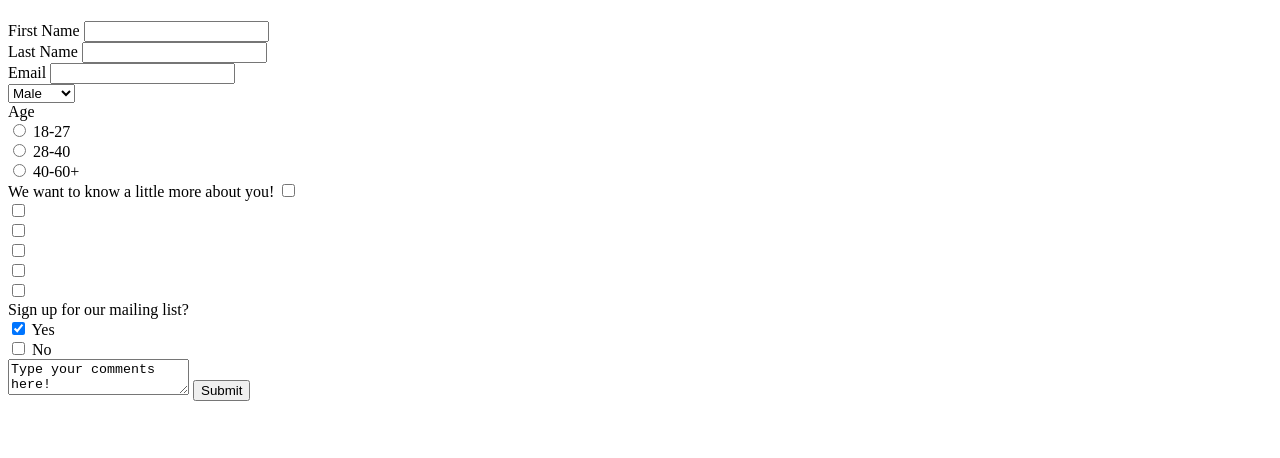
Repository: sunkim96/cosw30
Page: homework/homework2/contact.html
The author's editor kept a record of every edit. The page is drawn from the files as they stood at one moment, then again after the next edit.
The browser window is 1280 px wide. The pictures show the whole page.

Above is the page before.

### homework/homework2/contact.html
<!doctype html>
<html>
    <head>
        <meta charset="utf-8">
        <title>Political Campaign</title>
    </head>
    <body>
        <h1></h1>


        <form action="process_contact.php" method="POST">
            <!-- first and last name, email !-->
            <label for="first_name">First Name</label>
            <input type="text" id="first_name" name="first_name" required><br>

            <label for="last_name">Last Name</label>
            <input type="text" id="last_name" name="last_name" required><br>

            <label for="email">Email</label>
            <input type="email" id="email" name="email" required><br>


            <!-- gender as a dropdown !-->
            <select name="gender">
                <option value ="male">Male</option>
                <option value ="female">Female</option>
                <option value ="other"></option>Other</option>
                <option value ="none"></option>Prefer Not to Say</option>
            </select><br>

            <!-- age with radio !-->
            <label for="age">Age</label><br>
                <input type="radio" name="age" value="18-27"> 18-27<br>
                <input type="radio" name="age" value="28-40"> 28-40<br>
                <input type="radio" name="age" value="40-60"> 40-60+<br>

            <!-- interesting things, checkboxes for these options !-->
            <label for="interests">We want to know a little more about you!</label>
                <input type="checkbox" name="" value=""> <br>
                <input type="checkbox" name="" value=""> <br>
                <input type="checkbox" name="" value=""> <br>
                <input type="checkbox" name="" value=""> <br>
                <input type="checkbox" name="" value=""> <br>
                <input type="checkbox" name="" value=""> <br>

              <!--<label for="contribution">Your Contribution</label>
             $0
              <input type="range" id="a" name="a" value="0">
              $100+
              <input type="number" id="b" name="b" value="50">
                =
              <output name="x" for="a b"></output><br>!-->

              <!-- mailing list yes or no !-->
             <label for="yesno">Sign up for our mailing list?</label><br>
              <input type="checkbox" name="yes" value="yes" checked> Yes<br>
              <input type="checkbox" name="no" value="no"> No<br>

            <textarea name="comments" id="comments">Type your comments here!</textarea>
            <button>Submit</button>
        </form>



    </body>





</html>

After the next edit:
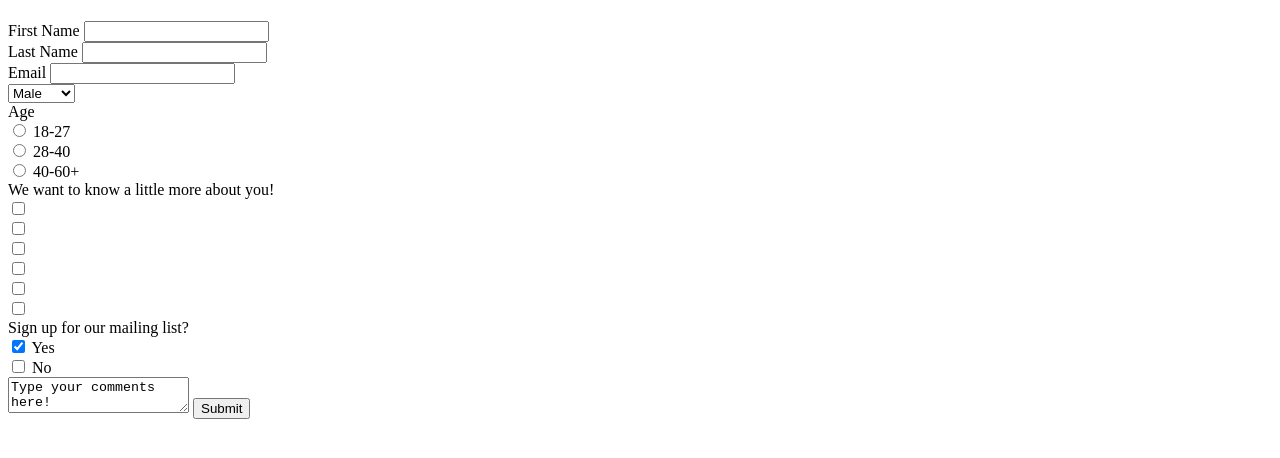
The edit:
--- a/homework/homework2/contact.html
+++ b/homework/homework2/contact.html
@@ -35,7 +35,7 @@
                 <input type="radio" name="age" value="40-60"> 40-60+<br>
 
             <!-- interesting things, checkboxes for these options !-->
-            <label for="interests">We want to know a little more about you!</label>
+            <label for="interests">We want to know a little more about you!</label><br>
                 <input type="checkbox" name="" value=""> <br>
                 <input type="checkbox" name="" value=""> <br>
                 <input type="checkbox" name="" value=""> <br>
